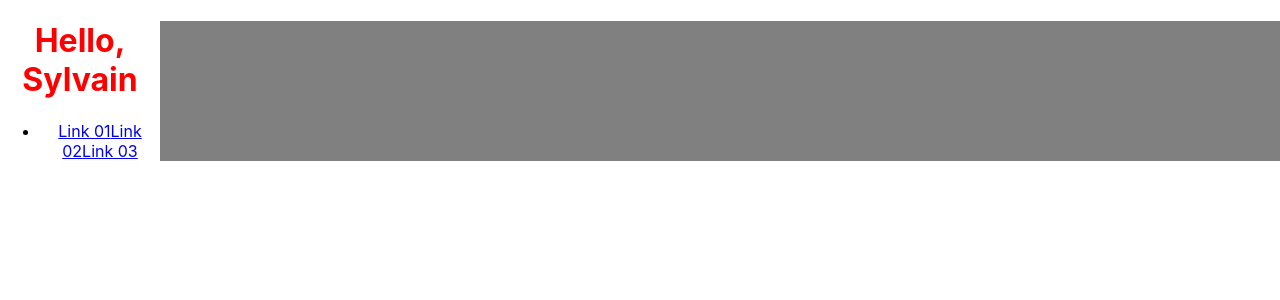
Repository: sylvainJacot/JS_Studio_2019
Page: /
An editor plug-in stored every save of this project. The page is shown before and after a run of saves, followed by the edit.
The browser window is 1280 px wide. The pictures show the whole page.
The project was rebuilt for these pictures with package versions that can differ from the ones it lists, and the page was loaded fresh each time.

Above is the page before, as saved 2019-05-31 18:06:08.

### src/App.js
import React from "react";
import "./App.css";
import PropTypes from 'prop-types';
import Header from "./components/header";
import styled from 'styled-components';

const Body = styled.div`
background-color: grey;
margin: 0;
padding: 0;
`;

function App() {
  return (
    <div className="App">
      <Body>
<Header name="Sylvain"/>
</Body></div>
  );
}

App.propTypes = {
  name: PropTypes.string
}

export default App;

### src/components/header.js
import React from "react";
import PropTypes from 'prop-types';
import styled from 'styled-components';
import {color} from './colors';

// Stylesheet

const HeaderContainer = styled.div`
background-color: ${color.white};
width: 160px;
height: 100%;
`;

const Title = styled.h1`
color: red;
`;

const MenuContainer = styled.ul``;
const MenuItem = styled.li``;
const MenuLink = styled.a``;

//Mapping /Looping (un loop en javascript)

const tiles = [
  {href:"/", title:"First", LinkName:"Link 01"},
  {href:"/", title:"Second", LinkName:"Link 02"},
  {href:"/", title:"Third", LinkName:"Link 03"},
];

class Header extends React.Component {
    render() {
      return (
        <HeaderContainer>
        <Title>Hello, {this.props.name}</Title>
        <MenuContainer>
          <MenuItem>
            { tiles.map((tile, index) => (
            <MenuLink key={`tile-${index}`} href={tile.href} title={tile.title}>{tile.LinkName}</MenuLink> ))}
          </MenuItem>
          </MenuContainer>
        </HeaderContainer>
      );
    }
  }

Header.propTypes = {
    name: PropTypes.string
  };

  Header.defaultProps = {
    name: 'Stranger'
  };

  export default Header;

### src/components/colors.js
export const color = {
white:"White",
blue:"#000000",
};

Loaded but not shown: public/index.html (common file); src/index.js (common file); src/index.css (common file); src/serviceWorker.js (common file); src/App.css (common file)

After the next 3 saves:
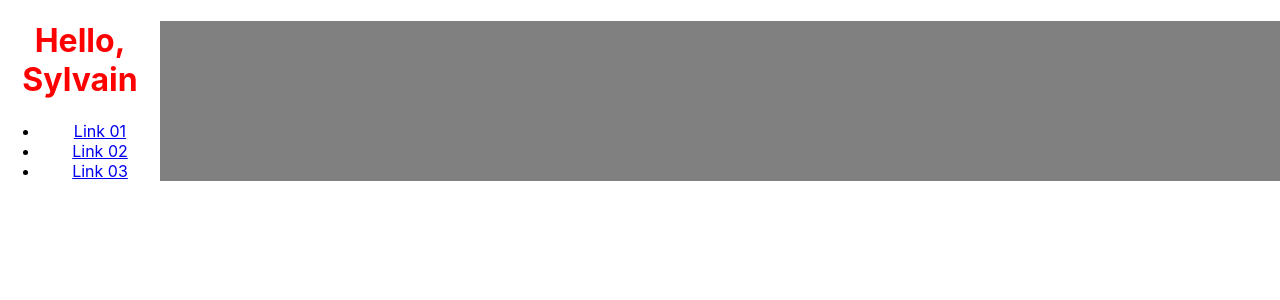
The 3 saves are shown as one change because 1 did not build or start and some came seconds apart.
The last was saved 64 s later.
--- a/src/components/header.js
+++ b/src/components/header.js
@@ -33,10 +33,11 @@
         <HeaderContainer>
         <Title>Hello, {this.props.name}</Title>
         <MenuContainer>
-          <MenuItem>
+
             { tiles.map((tile, index) => (
-            <MenuLink key={`tile-${index}`} href={tile.href} title={tile.title}>{tile.LinkName}</MenuLink> ))}
-          </MenuItem>
+                        <MenuItem>
+            <MenuLink key={`tile-${index}`} href={tile.href} title={tile.title}>{tile.LinkName}</MenuLink>           </MenuItem>))}
+
           </MenuContainer>
         </HeaderContainer>
       );
